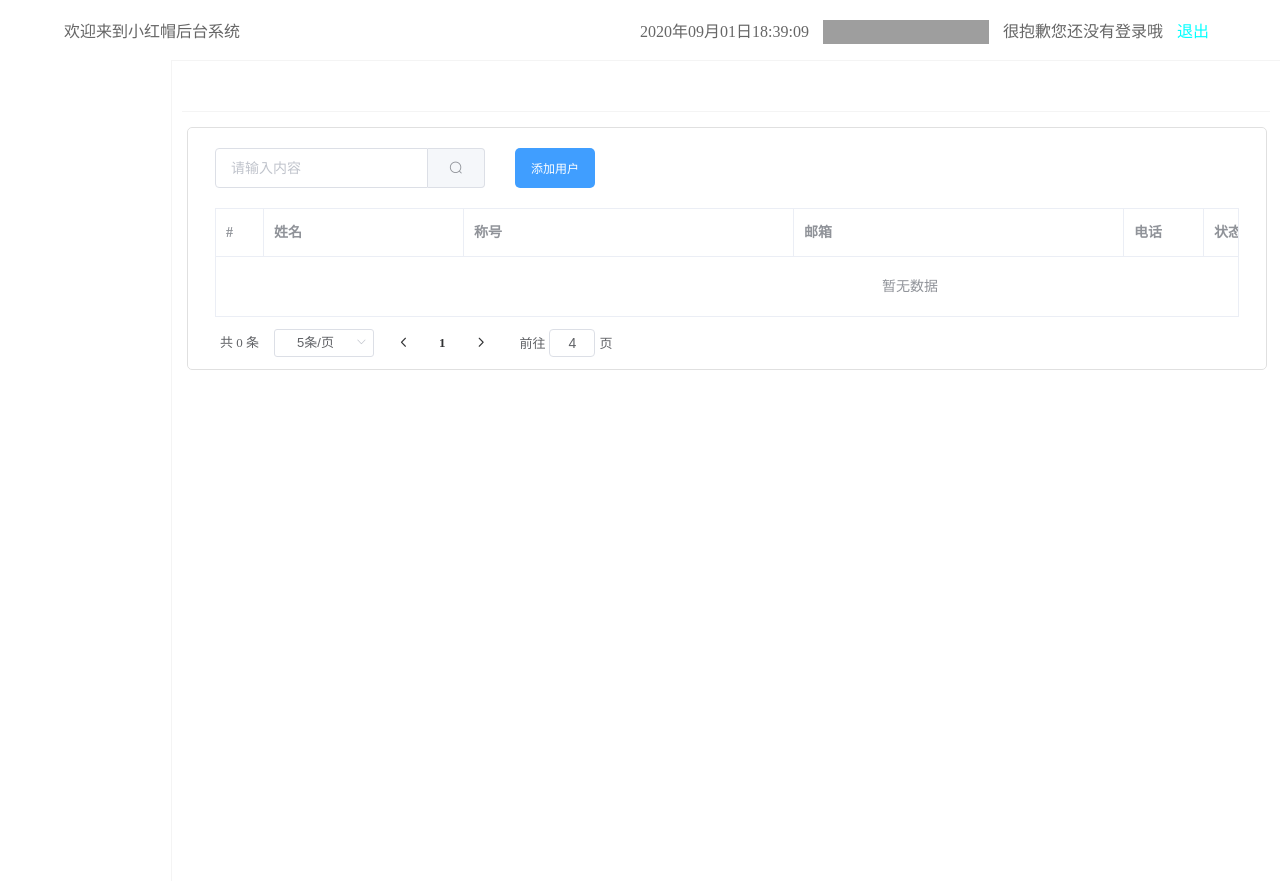
Repository: jinggegeZ/whitesystem
Page: /users/users
These files come from the project's save history. The page is drawn as it stood at one moment and after the next save; the edit follows.
The browser window is 1280 px wide. The pictures show the whole page.
Pictures or frames that could not be fetched are drawn as grey boxes. The page's requests for data from a server got no answer. The project was rebuilt for these pictures with package versions that can differ from the ones it lists, and the page was loaded fresh each time. No one was signed in, and anything a server would have sent is missing. Also part of the build but not shown: vue.config.js, src/views/Home.vue.

Above is the page before, as saved 2020-09-02 09:08:48.

After the next save:
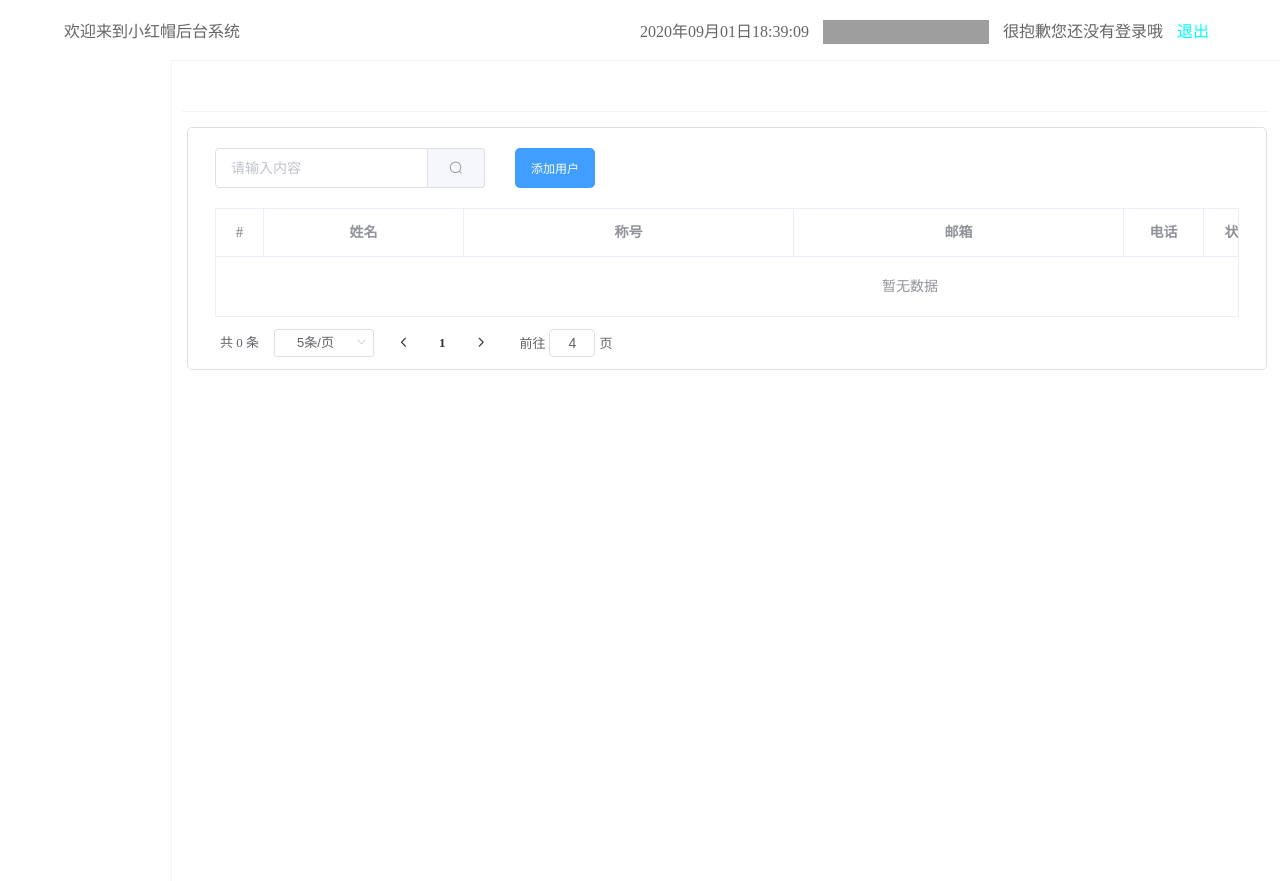
Saved 116 s later.
--- a/src/views/userList/UserList.vue
+++ b/src/views/userList/UserList.vue
@@ -24,16 +24,16 @@
                         :rules="rules"
 
                       >
-                        <el-form-item label="用户姓名" prop="name"  align>
+                        <el-form-item label="用户姓名" prop="name" >
                           <el-input v-model="formLabelAlign1.name"></el-input>
                         </el-form-item>
-                        <el-form-item label="用户密码" prop="password">
+                        <el-form-item label="用户密码" prop="password"  >
                           <el-input type="password" v-model="formLabelAlign1.password"></el-input>
                         </el-form-item>
-                        <el-form-item label="邮箱" prop="email">
+                        <el-form-item label="邮箱" prop="email"  >
                           <el-input v-model="formLabelAlign1.email"></el-input>
                         </el-form-item>
-                        <el-form-item label="电话" prop="mobile">
+                        <el-form-item label="电话" prop="mobile"  >
                           <el-input v-model="formLabelAlign1.mobile"></el-input>
                         </el-form-item>
 
@@ -52,17 +52,17 @@
         <div class="list_b">
           <el-table :data="userList" border stripe style="width: 100%">
             <!-- 下标 -->
-            <el-table-column label="#" type="index" :index="indexMethod"></el-table-column>
+            <el-table-column label="#" type="index" :index="indexMethod" align="center"></el-table-column>
             <!-- 下标 -->
-            <el-table-column prop="username" label="姓名" width="200"></el-table-column>
+            <el-table-column prop="username" label="姓名" width="200" align="center"></el-table-column>
             <!-- 姓名 -->
-            <el-table-column prop="role_name" label="称号" width="330"></el-table-column>
+            <el-table-column prop="role_name" label="称号" width="330" align="center"></el-table-column>
             <!-- 角色 -->
-            <el-table-column prop="email" label="邮箱" width="330"></el-table-column>
+            <el-table-column prop="email" label="邮箱" width="330" align="center"></el-table-column>
             <!-- 电话 -->
-            <el-table-column prop="mobile" label="电话"></el-table-column>
+            <el-table-column prop="mobile" label="电话" align="center"></el-table-column>
             <!-- 状态 -->
-            <el-table-column label="状态" width="70">
+            <el-table-column label="状态" width="70" align="center">
               <template slot-scope="scope">
                 <el-switch v-model="scope.row.mg_state" @change="change(scope.row)"></el-switch>
               </template>
